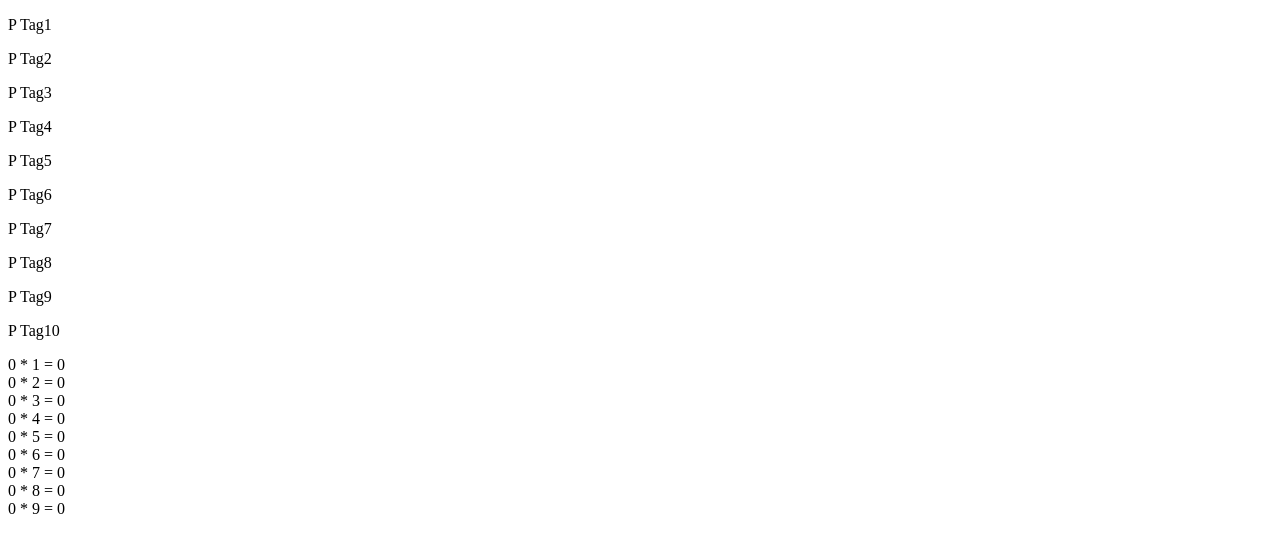
Repository: hahahahohohoho/k7_jsp
Page: http://localhost/JSPMission1/mission/Mission1.jsp
These files come from the project's save history. The page is drawn as it stood at one moment and after the next save; the edit follows.
The browser window is 1280 px wide. The pictures show the whole page.
The page is served by Tomcat 9.

Above is the page before, as saved 2024-06-05 04:00:14.

### JSPMission1/src/main/webapp/mission/Mission1.jsp
<%@ page language="java" contentType="text/html; charset=UTF-8"
    pageEncoding="UTF-8"%>
<!DOCTYPE html>
<html>
<head>
<meta charset="UTF-8">
<title>Insert title here</title>
</head>
<body>

<%
int num=0;
try{
	num = Integer.parseInt(request.getParameter("dan"));
}
catch(Exception e){
	num=0;
}
%>
 <% // 이것도 같은 방식으로 for문을 돌리는 것이지만 위의 방법을 더 많이 사용
		 for(int i=0; i<10; i++) {
		 	out.println(" <p id='demo2'> P Tag" + (i+1) + "</p>");
		 }
	 %>
<%= num + " * 1 = " + num * 1%><br />
<%= num + " * 2 = " + num * 2%><br />
<%= num + " * 3 = " + num * 3%><br />
<%= num + " * 4 = " + num * 4%><br />
<%= num + " * 5 = " + num * 5%><br />
<%= num + " * 6 = " + num * 6%><br />
<%= num + " * 7 = " + num * 7%><br />
<%= num + " * 8 = " + num * 8%><br />
<%= num + " * 9 = " + num * 9%><br />
</body>
</html>

After the next save:
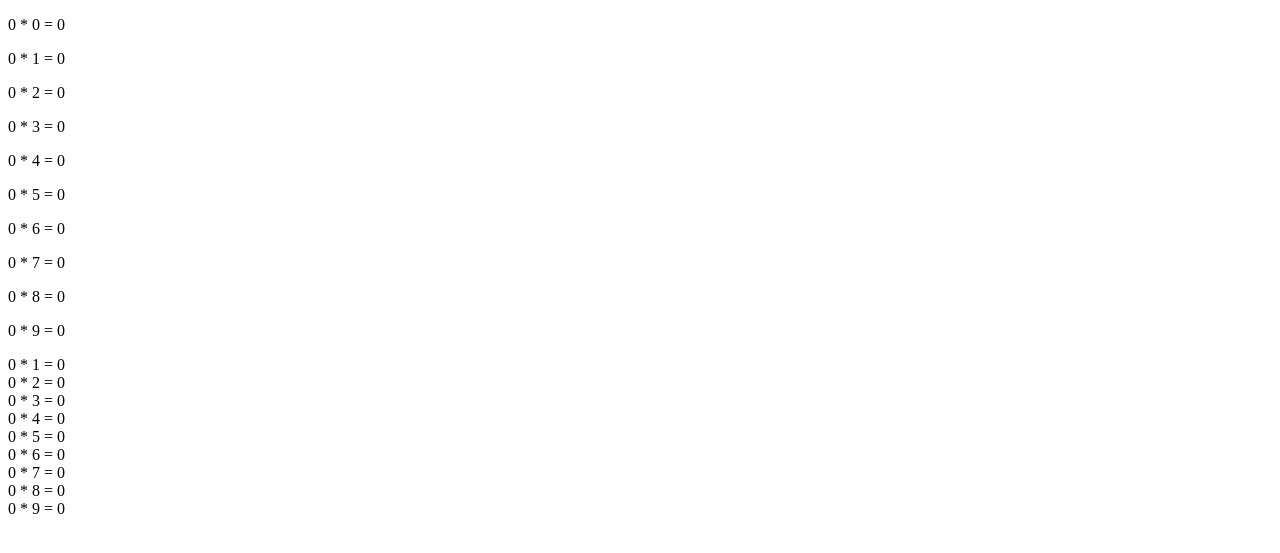
Saved 62 s later.
--- a/JSPMission1/src/main/webapp/mission/Mission1.jsp
+++ b/JSPMission1/src/main/webapp/mission/Mission1.jsp
@@ -19,7 +19,7 @@
 %>
  <% // 이것도 같은 방식으로 for문을 돌리는 것이지만 위의 방법을 더 많이 사용
 		 for(int i=0; i<10; i++) {
-		 	out.println(" <p id='demo2'> P Tag" + (i+1) + "</p>");
+		 	out.println(" <p>" + num +" * " + i + " = " + num*i + "</p>");
 		 }
 	 %>
 <%= num + " * 1 = " + num * 1%><br />
